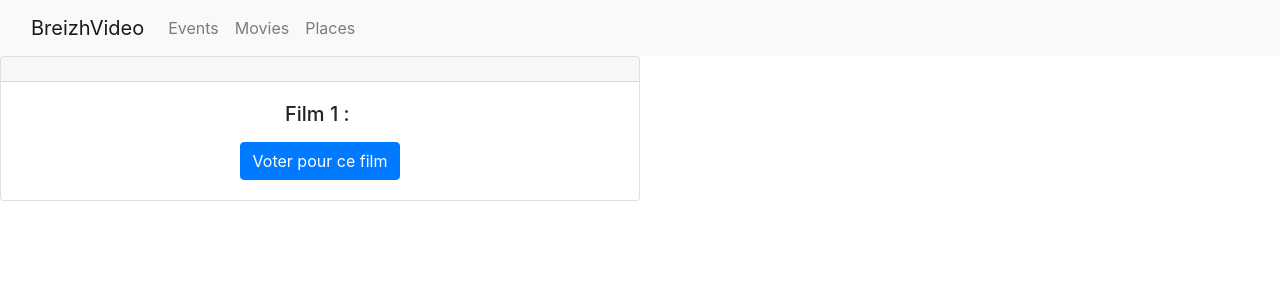
Repository: romgrm/Hackaton_BreizhVideo_FRONT
Page: /Events
An editor plug-in stored every save of this project. The page is shown before and after the next save, followed by the edit.
The browser window is 1280 px wide. The pictures show the whole page.
The page's requests for data from a server got no answer. Some web libraries are served in a nearby version. The project was rebuilt for these pictures with package versions that can differ from the ones it lists, and the page was loaded fresh each time. No one was signed in, and anything a server would have sent is missing. Also part of the build but not shown: src/Components/Films.js, src/Components/Village.js.

Above is the page before, as saved 2020-12-21 20:16:51.

After the next save:
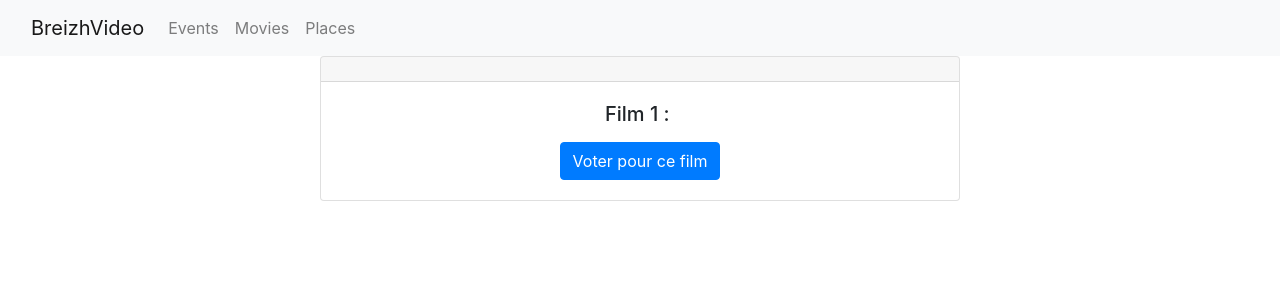
Saved 12 s later.
--- a/src/Components/Events.js
+++ b/src/Components/Events.js
@@ -18,7 +18,7 @@ export default function Events() {
     }, []);
 
     return (
-        <div class="card text-center w-50">
+        <div class="card text-center w-50 my-auto mx-auto">
             <div class="card-header">
                 {event.map((current) => (
                     <h1 key={current.id}> Passage à {current.representations.village.name}, le {current.representations.release_date}</h1>
